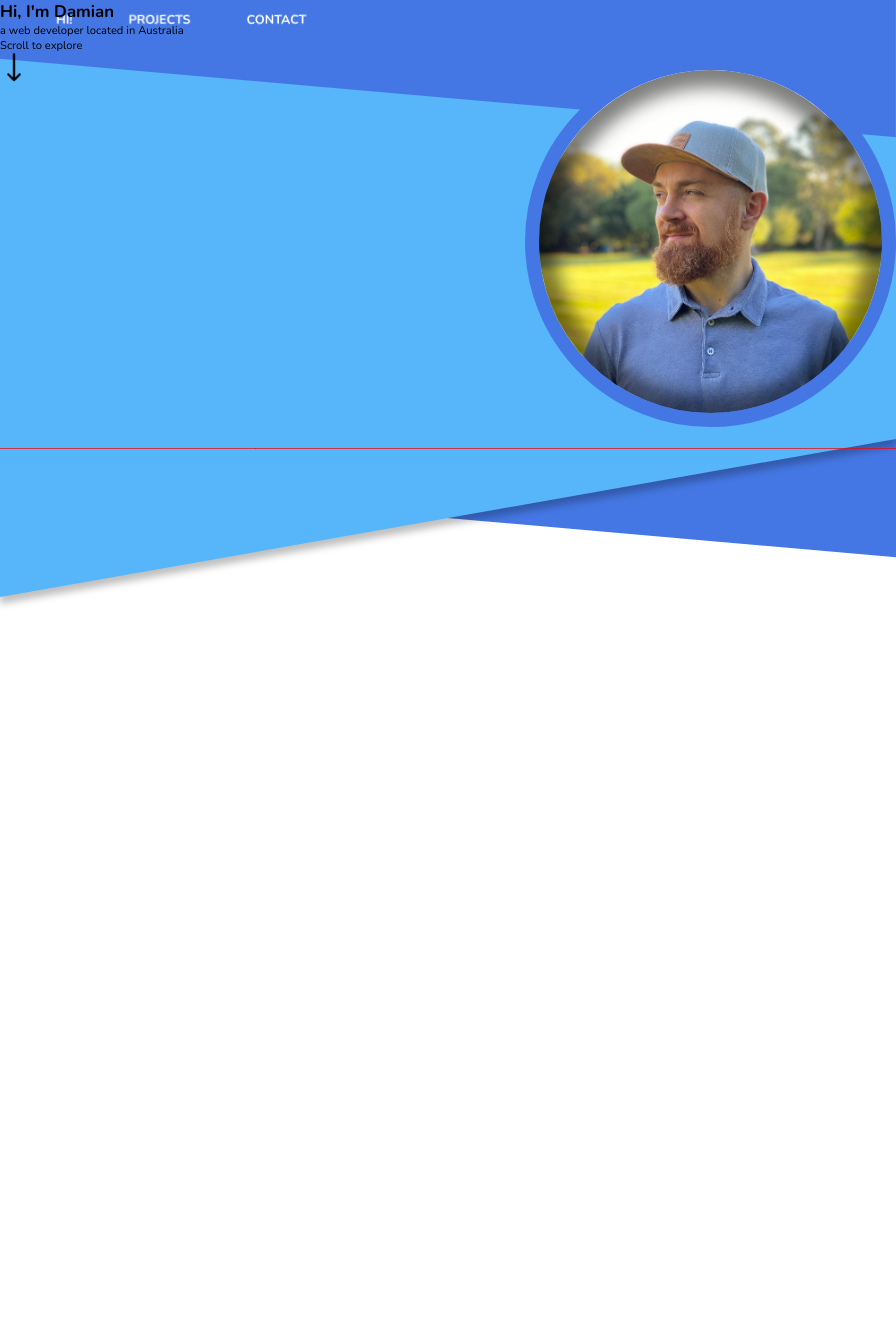
Repository: Colo-Codes/freecodecamp-05-Personal-Portfolio-Webpage
Page: index.html
These files come from the project's save history. The page is drawn as it stood at one moment and after the next save; the edit follows.
The browser window is 1280 px wide. The pictures show the part of the page from y = 0 to 1920 px (the page is 3026 px tall before and 3298 px after), at 70% of full size.

Above is the page before, as saved 2021-06-03 12:51:26.

### index.html
<!DOCTYPE html>
<html lang="en">
<head>
    <meta charset="UTF-8">
    <meta http-equiv="X-UA-Compatible" content="IE=edge">
    <meta name="viewport" content="width=device-width, initial-scale=1.0">
    <link rel="preconnect" href="https://fonts.gstatic.com">
    <link href="https://fonts.googleapis.com/css2?family=Nunito:wght@300;400;700&display=swap" rel="stylesheet">
    <link rel="stylesheet" href="./css/index.css">
    <title>Personal Portfolio Webpage</title>
</head>
<body>
    <header>
        <navbar id="navbar">
            <ul id="navbar-flex-container">
                <li class="navbar-flex-item">Hi!</li>
                <li class="navbar-flex-item">Projects</li>
                <li class="navbar-flex-item">Contact</li>
            </ul>
        </navbar>
    </header>

    <section id="welcome-section">
            <div id="welcome-section-container">
                <div id="hero-img" role="img" aria-label="Damian's profile picture: he has a hat, beard, and he is looking left while standing on a green field."></div>
                <h1>Hi, I'm Damian</h1>
                <p>a web developer located in Australia</p>
                <p>Scroll to explore</p>
                <img src="./img/down-arrow.png" alt="Arrow pointing down." height="40px">
            </div>
            <div id="top-layer"></div>
            <div id="bottom-layer"></div>
    </section>

    <section id="projects">
        <h2>My projects</h2>

        <div class="project-card">
            <div class="project-tile">
                <a href="#project1"><h3>#1</h3><h4>Tribute</h4></a>
            </div>
            <p>46 HTML tags</p>
            <p>100 CSS declarations</p>
        </div>

        <div class="project-card">
            <div class="project-tile">
                <a href="#project1"><h3>#2</h3><h4>Survey</h4></a>
            </div>
            <p>46 HTML tags</p>
            <p>100 CSS declarations</p>
        </div>

        <div class="project-card">
            <div class="project-tile">
                <a href="#project1"><h3>#3</h3><h4>Landing</h4></a>
            </div>
            <p>46 HTML tags</p>
            <p>100 CSS declarations</p>
        </div>

        <div class="project-card">
            <div class="project-tile">
                <a href="#project1"><h3>#4</h3><h4>Technical</h4></a>
            </div>
            <p>46 HTML tags</p>
            <p>100 CSS declarations</p>
        </div>

    </section>

    <section id="contact">
        <h2>Connect with me</h2>
        <a href="" id="profile-link" target="_blank"><img src="./img/github.png" width="30px">GitHub</a>
        <a href="" id="profile-link-fcc" target="_blank"><img src="./img/fire.png" width="30px">FCC</a>
        <a href="" id="profile-link-codepen" target="_blank"><img src="./img/3d-outlined-shape.png" width="30px">CodePen</a>
        <a href="" id="profile-link-instagram" target="_blank"><img src="./img/instagram.png" width="30px">Instagram</a>
        <a href="" id="profile-link-twitter" target="_blank"><img src="./img/twitter.png" width="30px">Twitter</a>
        <a href="mailto:damian.demasi.1@gmail.com" id="profile-link-email" target="_blank"><img src="./img/email.png" width="30px">Email</a>
    </section>

    <footer>
        <div>Icons made by <a href="https://www.flaticon.com/authors/pixel-perfect" title="Pixel perfect">Pixel perfect</a> from <a href="https://www.flaticon.com/" title="Flaticon">www.flaticon.com</a></div>
        <div>Icons made by <a href="https://www.flaticon.com/authors/good-ware" title="Good Ware">Good Ware</a> from <a href="https://www.flaticon.com/" title="Flaticon">www.flaticon.com</a></div>
        <div>Icons made by <a href="https://www.freepik.com" title="Freepik">Freepik</a> from <a href="https://www.flaticon.com/" title="Flaticon">www.flaticon.com</a></div>
        <p>By Damian Demasi &copy;</p>
    </footer>
</body>
</html>

### css/index.css
/* @media */

/* The height of the welcome section should be equal to the height of the viewport. */

/* The navbar should always be at the top of the viewport. */

/* Border-box and font-size */
html {
    box-sizing: border-box;
    font-size: 16px;
}
body {
    font-family: 'Nunito', sans-serif;
}

/* Reset margins and set global values */

*, *::before, *::after {
    box-sizing: inherit;
    margin: 0;
    padding: 0;
}

/* Navbar */

#navbar {
    display: block;
    background-color: #4477E3;
    /* 1rem = 16px -> 18.75rem = 300px */
    height: 18.75rem;
    width: 100%;
    transform: skewY(5deg) translateY(-10rem);
    position: fixed;
    z-index: 3;
}
#navbar-flex-container {
    display: flex;
    /* align-items: center; */
    /* justify-content: space-around; */
    height: 100%;
    transform: skewY(-5deg) translateY(5rem);
    z-index: 4;
}
.navbar-flex-item {
    list-style: none;
    margin: 6rem 0 0 5rem;
    font-style: normal;
    font-weight: bold;
    font-size: 1.125rem;
    text-transform: uppercase;
    color: white;
}

/* Hero */

#welcome-section-container {
    /* 1440px = 90rem */
    max-width: 90rem;
    height: 40rem;
    position: relative;
    margin: auto;
    outline: 1px solid red;
    position: relative;
    z-index: 3;
}

#welcome-section-container h2 {
    margin-top: 17rem;
}

#hero-img {
    top: 5rem;
    right: 0rem;
    border-radius: 50%;
    width: 33.125rem;
    height: 33.125rem;
    border: 20px solid #4477E3;
    background: url(../img/6D5BF231-2A3E-4029-9EFE-9C82AF0D506F_1_105_c.jpeg);
    background-position: center;
    background-size: contain;
    background-repeat: no-repeat;
    box-shadow: inset 0px 0px 25px 25px rgba(0, 0, 0, 0.5);
    position: absolute;
    z-index: 3;
}

#top-layer {
    background: #57B5FA;
    /* 1rem = 16px -> 60.31rem = 865px + 100px */
    height: 60.31rem;
    width: 100%;
    transform: skewY(-10deg) translateY( -54.06rem );
    box-shadow: 0px 10px 10px rgba(0, 0, 0, 0.25);
    position: relative;
    z-index: 2;
}

#bottom-layer {
    background: #4477E3;
    /* 1rem = 16px -> 54.06rem = 865px */
    height: 54.06rem;
    width: 100%;
    transform: skewY(5deg) translateY(-108.12rem); /* 54.06 * 2 */
    position: relative;
    z-index: 1;
}

After the next save:
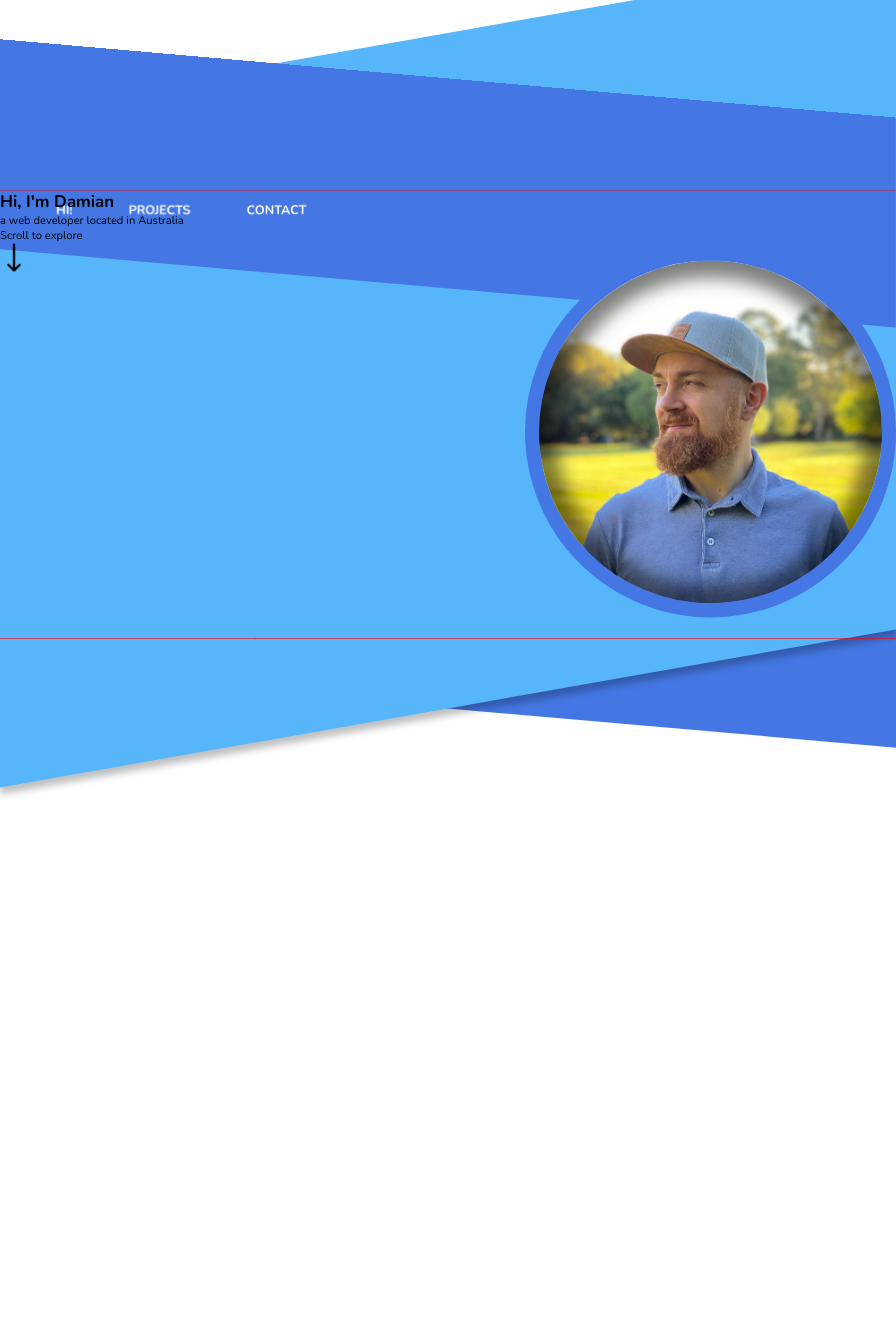
Saved 14 s later.
--- a/css/index.css
+++ b/css/index.css
@@ -64,7 +64,7 @@
     z-index: 3;
 }
 
-#welcome-section-container h2 {
+#welcome-section-container h1 {
     margin-top: 17rem;
 }
 

After the save that followed:
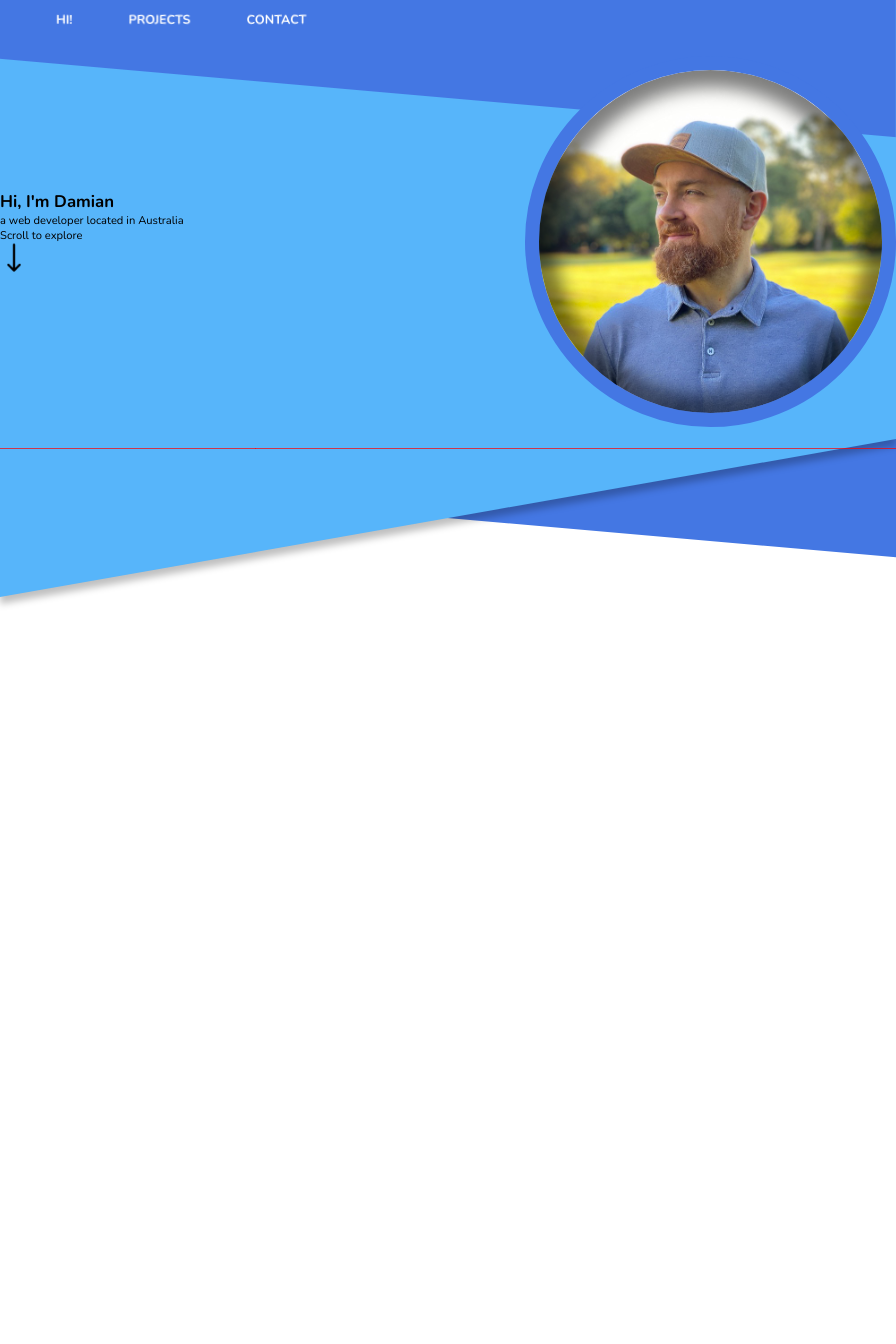
Saved 7 s later.
--- a/css/index.css
+++ b/css/index.css
@@ -65,7 +65,7 @@
 }
 
 #welcome-section-container h1 {
-    margin-top: 17rem;
+    padding-top: 17rem;
 }
 
 #hero-img {
